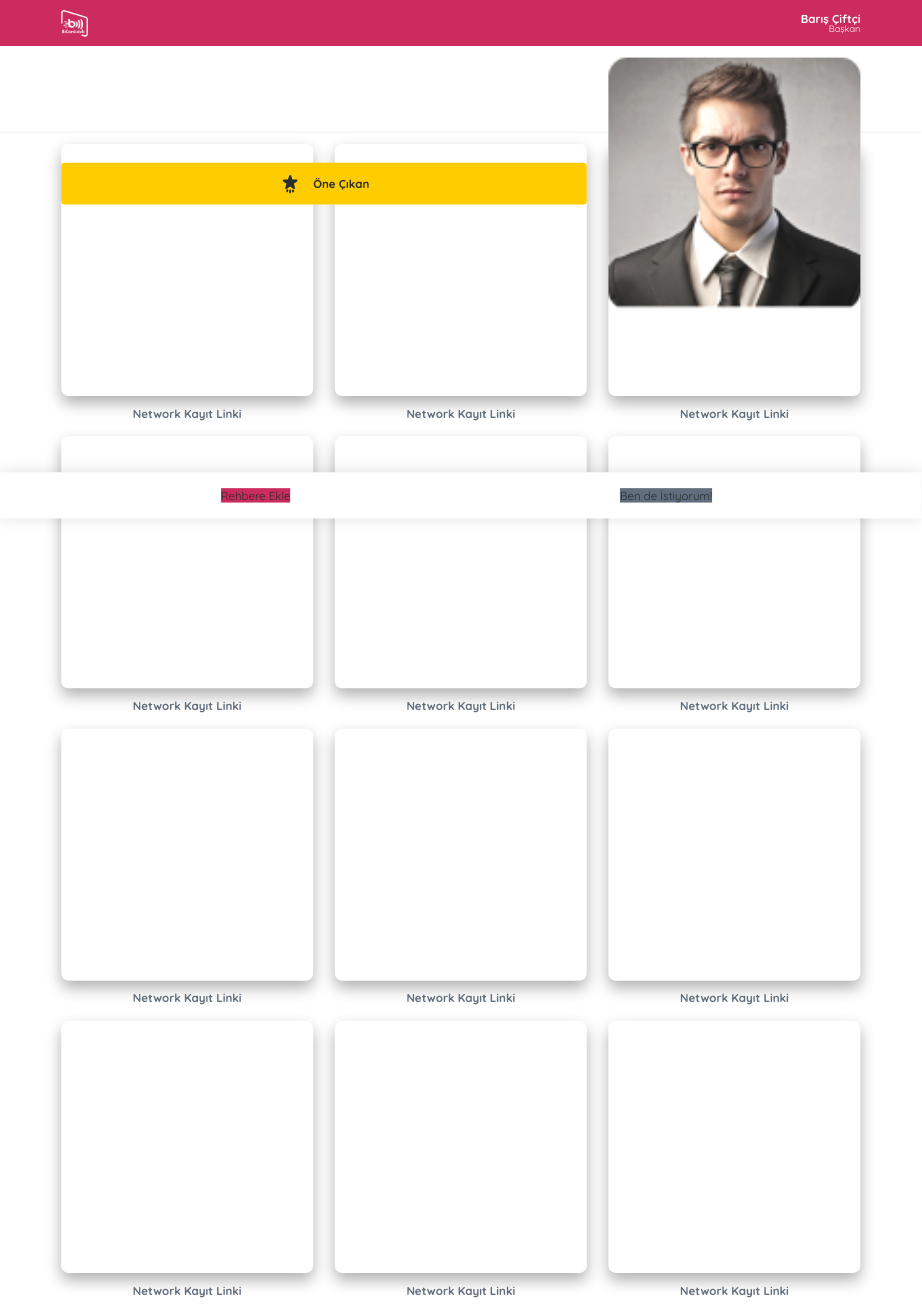
Repository: KayahanKahriman/bicard
Page: index.html
An editor plug-in stored every save of this project. The page is shown before and after the next save, followed by the edit.
The browser window is 1280 px wide. The pictures show the whole page, at 72% of full size.
The style sheet was rebuilt from its Sass, Less or Tailwind sources for each picture, by a compiler version that may differ from the author's.

Above is the page before, as saved 2021-12-01 13:33:59.

### index.html
<!doctype html>
<html>

<head>
    <meta name="viewport" content="width=device-width, initial-scale=1, maximum-scale=1, user-scalable=no">
    <meta charset="utf-8" />
    <title>Title</title>
    <link rel="preconnect" href="https://fonts.googleapis.com">
    <link rel="preconnect" href="https://fonts.gstatic.com" crossorigin>
    <link href="https://fonts.googleapis.com/css2?family=Quicksand:wght@400;500;700&display=swap" rel="stylesheet">
    <link href="./assets/css/style.css" type="text/css" rel="stylesheet" />
</head>

<body>
    <header id="app-bar">
        <div class="container h-100">
            <div class="row h-100 align-items-center justify-content-between">
                <div class="col-1">
                    <img src="./assets/images/logo.png" alt="">
                </div>
                <div class="col-11">
                    <div id="app-bar-right">
                        <p id="person-name">Barış Çiftçi</p>
                        <p id="person-title">Başkan</p>
                    </div>
                </div>
            </div>
        </div>
    </header>

    <section id="profile" class="py-3">
        <div class="container">
            <div class="row align-items-center justify-content-center text-center">
                <div class="col-8">
                    <a href="#" class="button jumbo-button button-has-icon"><img src="./assets/images/ranking.svg" alt="">Öne Çıkan</a>
                </div>
                <div class="col-4">
                    <img class="img-contain" src="./assets/images/avatar.png" alt="">
                </div>
            </div>
        </div>
    </section>

    <section id="icon-grid" class="py-3">
        <div class="container">
            <div class="row">
                <div class="col-4 mb-4">
                    <div class="icon-grid-item">
                        <div class="icon-grid-item-icon">
                            <img src="./assets/images/user-add.png" alt="">
                        </div>
                        <div class="icon-grid-item-title">
                            Network Kayıt Linki
                        </div>
                    </div>
                </div>
                <div class="col-4 mb-4">
                    <div class="icon-grid-item">
                        <div class="icon-grid-item-icon">
                            <img src="./assets/images/user-add.png" alt="">
                        </div>
                        <div class="icon-grid-item-title">
                            Network Kayıt Linki
                        </div>
                    </div>
                </div>
                <div class="col-4 mb-4">
                    <div class="icon-grid-item">
                        <div class="icon-grid-item-icon">
                            <img src="./assets/images/user-add.png" alt="">
                        </div>
                        <div class="icon-grid-item-title">
                            Network Kayıt Linki
                        </div>
                    </div>
                </div>
                <div class="col-4 mb-4">
                    <div class="icon-grid-item">
                        <div class="icon-grid-item-icon">
                            <img src="./assets/images/user-add.png" alt="">
                        </div>
                        <div class="icon-grid-item-title">
                            Network Kayıt Linki
                        </div>
                    </div>
                </div>
                <div class="col-4 mb-4">
                    <div class="icon-grid-item">
                        <div class="icon-grid-item-icon">
                            <img src="./assets/images/user-add.png" alt="">
                        </div>
                        <div class="icon-grid-item-title">
                            Network Kayıt Linki
                        </div>
                    </div>
                </div>
                <div class="col-4 mb-4">
                    <div class="icon-grid-item">
                        <div class="icon-grid-item-icon">
                            <img src="./assets/images/user-add.png" alt="">
                        </div>
                        <div class="icon-grid-item-title">
                            Network Kayıt Linki
                        </div>
                    </div>
                </div>
                <div class="col-4 mb-4">
                    <div class="icon-grid-item">
                        <div class="icon-grid-item-icon">
                            <img src="./assets/images/user-add.png" alt="">
                        </div>
                        <div class="icon-grid-item-title">
                            Network Kayıt Linki
                        </div>
                    </div>
                </div>
                <div class="col-4 mb-4">
                    <div class="icon-grid-item">
                        <div class="icon-grid-item-icon">
                            <img src="./assets/images/user-add.png" alt="">
                        </div>
                        <div class="icon-grid-item-title">
                            Network Kayıt Linki
                        </div>
                    </div>
                </div>
                <div class="col-4 mb-4">
                    <div class="icon-grid-item">
                        <div class="icon-grid-item-icon">
                            <img src="./assets/images/user-add.png" alt="">
                        </div>
                        <div class="icon-grid-item-title">
                            Network Kayıt Linki
                        </div>
                    </div>
                </div>
                <div class="col-4 mb-4">
                    <div class="icon-grid-item">
                        <div class="icon-grid-item-icon">
                            <img src="./assets/images/user-add.png" alt="">
                        </div>
                        <div class="icon-grid-item-title">
                            Network Kayıt Linki
                        </div>
                    </div>
                </div>
                <div class="col-4 mb-4">
                    <div class="icon-grid-item">
                        <div class="icon-grid-item-icon">
                            <img src="./assets/images/user-add.png" alt="">
                        </div>
                        <div class="icon-grid-item-title">
                            Network Kayıt Linki
                        </div>
                    </div>
                </div>
                <div class="col-4 mb-4">
                    <div class="icon-grid-item">
                        <div class="icon-grid-item-icon">
                            <img src="./assets/images/user-add.png" alt="">
                        </div>
                        <div class="icon-grid-item-title">
                            Network Kayıt Linki
                        </div>
                    </div>
                </div>
            </div>
        </div>
    </section>
    <section id="fixed-buttons">
        <div class="container h-100">
            <div class="row align-items-center h-100 text-center">
                <div class="col-6">
                    <a class="primary-button" href="#">Rehbere Ekle</a>
                </div>
                <div class="col-6">
                    <a class="dark-button" href="#">Ben de İstiyorum!</a>
                </div>
            </div>
        </div>
    </section>

    <script src="https://unpkg.com/swiper/swiper-bundle.min.js"></script>
    <script type="text/javascript" src="assets/js/index.js"></script>
</body>

</html>

### assets/scss/style.scss
@import "main";

#app-bar {
  background-color: var(--primary-color);
  height: var(--app-bar-height);
  width: 100%;
  color: white;
  position: fixed;
  top: 0;
  left: 0;
  z-index: 3;

  #person-name,
  #person-title {
    line-height: 1;
    text-align: right;
    margin-bottom: 0;
  }

  #person-name {
    font-weight: 600;
  }

  #person-title {
    font-size: 0.8em;
  }
}

#profile {
  background-color: white;
  position: relative;
  top: var(--app-bar-height);
  position: sticky;
  width: 100%;
  height: var(--profile-height);
  border-bottom: 1px solid var(--border-color);
  z-index: 3;
}

#icon-grid {
  position: relative;
  top: var(--app-bar-height);
  height: calc(
    100vh - var(--app-bar-height) + var(--fixed-buttons-height) +
      var(--app-bar-height)
  );
}

#fixed-buttons {
  bottom: 0;
  left: 0;
  width: 100%;
  position: fixed;
  background-color: white;
  height: var(--fixed-buttons-height);
  z-index: 3;
  box-shadow: 0 0 20px #00000020;
}

/*------------------------------------*\
    RESPONSIVE
\*------------------------------------*/

@media only screen and (min-width: 320px) {
}

@media only screen and (min-width: 480px) {
}

@media only screen and (min-width: 768px) {
}

@media only screen and (min-width: 1024px) {
}

@media only screen and (min-width: 1140px) {
}

@media only screen and (min-width: 1280px) {
}

@media only screen and (-webkit-min-device-pixel-ratio: 1.5),
  only screen and (min-resolution: 144dpi) {
}

### assets/scss/_main.scss
@import "./flex-grid/flexgrid";
@import "vars";
@import "https://unpkg.com/swiper/swiper-bundle.min.css";

*,
*:after,
*:before {
  margin: 0;
  padding: 0;
  -webkit-font-smoothing: antialiased;
  text-rendering: optimizeLegibility;
}

.row-no-padding {
  margin-left: 0;
  margin-right: 0;

  [class*="col-"] {
    padding-left: 0 !important;
    padding-right: 0 !important;
  }
}

a {
  color: var(--link-color);
  text-decoration: none;
}

a:hover,
a:focus,
a:active {
  text-decoration: none;
  outline: none;
}

html,
body {
  height: 100%;
  min-height: 100%;
}

body {
  font-size: 16px;
  color: var(--text-color);
  font-family: var(--primary-font);
  font-weight: 400;
}

.button {
  border-radius: 5px;
  padding: 0.5em 1em;
  transition: all 0.3s ease-in-out;

  &:hover {
    color: var(--text-color);
  }
}

.primary-button {
  background-color: var(--primary-color);

  &:hover {
    background-color: var(--primary-font);
  }
}

.dark-button {
  background: var(--dark-color);
}

.jumbo-button {
  background-color: var(--secondary-color);
  font-weight: 600;
  padding: 0.8em 2em;

  &:hover {
    background-color: var(--darker-secondary-color);
  }
}

.button-has-icon {
  display: flex;
  align-items: center;
  justify-content: center;
  column-gap: 1em;

  img,
  svg {
    width: 2em;
    height: 2em;
    object-position: center;
    object-fit: contain;
  }
}

.img-contain {
  width: 100%;
  height: 100%;
  object-fit: contain;
  object-position: center center;
}

.icon-grid-item {
  display: flex;
  flex-direction: column;
  text-align: center;
  font-weight: 600;
  gap: 1em;

  .icon-grid-item-icon {
    border-radius: 10px;
    box-shadow: 0 10px 20px #00000050;
    width: 100%;
    display: flex;
    justify-content: center;
    align-items: center;
    aspect-ratio: 1 / 1;
  }

  .icon-grid-item-title {
    line-height: 1;
    color: var(--alt-text-color);
  }
}

### assets/scss/flex-grid/_flexgrid.scss
@import "functions";
@import "variables";
@import "mixins";
@import "reboot";
@import "utilities";
@import "grid";

### assets/scss/flex-grid/_mixins.scss
// Toggles
//
// Used in conjunction with global variables to enable certain theme features.

// Vendor
@import "vendor/rfs";


// Utilities
@import "mixins/breakpoints";
@import "mixins/image";
@import "mixins/hover";
@import "mixins/deprecate";
@import "mixins/text-hide";
@import "mixins/text-truncate";
@import "mixins/text-emphasis";
@import "mixins/size";


// // Layout
@import "mixins/clearfix";
@import "mixins/grid-framework";
@import "mixins/grid";
@import "mixins/float";

### assets/scss/flex-grid/mixins/_image.scss
// Image Mixins
// - Responsive image
// - Retina image


// Responsive image
//
// Keep images from scaling beyond the width of their parents.

@mixin img-fluid {
  // Part 1: Set a maximum relative to the parent
  max-width: 100%;
  // Part 2: Override the height to auto, otherwise images will be stretched
  // when setting a width and height attribute on the img element.
  height: auto;
}


// Retina image
//
// Short retina mixin for setting background-image and -size.

@mixin img-retina($file-1x, $file-2x, $width-1x, $height-1x) {
  background-image: url($file-1x);

  // Autoprefixer takes care of adding -webkit-min-device-pixel-ratio and -o-min-device-pixel-ratio,
  // but doesn't convert dppx=>dpi.
  // There's no such thing as unprefixed min-device-pixel-ratio since it's nonstandard.
  // Compatibility info: https://caniuse.com/#feat=css-media-resolution
  @media only screen and (min-resolution: 192dpi), // IE9-11 don't support dppx
    only screen and (min-resolution: 2dppx) { // Standardized
    background-image: url($file-2x);
    background-size: $width-1x $height-1x;
  }
  @include deprecate("`img-retina()`", "v4.3.0", "v5");
}

### assets/scss/flex-grid/mixins/_hover.scss
// Hover mixin and `$enable-hover-media-query` are deprecated.
//
// Originally added during our alphas and maintained during betas, this mixin was
// designed to prevent `:hover` stickiness on iOS-an issue where hover styles
// would persist after initial touch.
//
// For backward compatibility, we've kept these mixins and updated them to
// always return their regular pseudo-classes instead of a shimmed media query.
//
// Issue: https://github.com/twbs/bootstrap/issues/25195

@mixin hover {
  &:hover { @content; }
}

@mixin hover-focus {
  &:hover,
  &:focus {
    @content;
  }
}

@mixin plain-hover-focus {
  &,
  &:hover,
  &:focus {
    @content;
  }
}

@mixin hover-focus-active {
  &:hover,
  &:focus,
  &:active {
    @content;
  }
}

### assets/scss/flex-grid/mixins/_grid-framework.scss
// Framework grid generation
//
// Used only by Bootstrap to generate the correct number of grid classes given
// any value of `$grid-columns`.

@mixin make-grid-columns($columns: $grid-columns, $gutter: $grid-gutter-width, $breakpoints: $grid-breakpoints) {
  // Common properties for all breakpoints
  %grid-column {
    position: relative;
    width: 100%;
    padding-right: $gutter / 2;
    padding-left: $gutter / 2;
  }

  @each $breakpoint in map-keys($breakpoints) {
    $infix: breakpoint-infix($breakpoint, $breakpoints);

    // Allow columns to stretch full width below their breakpoints
    @for $i from 1 through $columns {
      .col#{$infix}-#{$i} {
        @extend %grid-column;
      }
    }
    .col#{$infix},
    .col#{$infix}-auto {
      @extend %grid-column;
    }

    @include media-breakpoint-up($breakpoint, $breakpoints) {
      // Provide basic `.col-{bp}` classes for equal-width flexbox columns
      .col#{$infix} {
        flex-basis: 0;
        flex-grow: 1;
        max-width: 100%;
      }
      .col#{$infix}-auto {
        flex: 0 0 auto;
        width: auto;
        max-width: 100%; // Reset earlier grid tiers
      }

      @for $i from 1 through $columns {
        .col#{$infix}-#{$i} {
          @include make-col($i, $columns);
        }
      }

      .order#{$infix}-first { order: -1; }

      .order#{$infix}-last { order: $columns + 1; }

      @for $i from 0 through $columns {
        .order#{$infix}-#{$i} { order: $i; }
      }

      // `$columns - 1` because offsetting by the width of an entire row isn't possible
      @for $i from 0 through ($columns - 1) {
        @if not ($infix == "" and $i == 0) { // Avoid emitting useless .offset-0
          .offset#{$infix}-#{$i} {
            @include make-col-offset($i, $columns);
          }
        }
      }
    }
  }
}

### assets/scss/flex-grid/mixins/_grid.scss
/// Grid system
//
// Generate semantic grid columns with these mixins.

@mixin make-container($gutter: $grid-gutter-width) {
  width: 100%;
  padding-right: $gutter / 2;
  padding-left: $gutter / 2;
  margin-right: auto;
  margin-left: auto;
}


// For each breakpoint, define the maximum width of the container in a media query
@mixin make-container-max-widths($max-widths: $container-max-widths, $breakpoints: $grid-breakpoints) {
  @each $breakpoint, $container-max-width in $max-widths {
    @include media-breakpoint-up($breakpoint, $breakpoints) {
      max-width: $container-max-width;
    }
  }
}

@mixin make-row($gutter: $grid-gutter-width) {
  display: flex;
  flex-wrap: wrap;
  margin-right: -$gutter / 2;
  margin-left: -$gutter / 2;
}

@mixin make-col-ready($gutter: $grid-gutter-width) {
  position: relative;
  // Prevent columns from becoming too narrow when at smaller grid tiers by
  // always setting `width: 100%;`. This works because we use `flex` values
  // later on to override this initial width.
  width: 100%;
  padding-right: $gutter / 2;
  padding-left: $gutter / 2;
}

@mixin make-col($size, $columns: $grid-columns) {
  flex: 0 0 percentage($size / $columns);
  // Add a `max-width` to ensure content within each column does not blow out
  // the width of the column. Applies to IE10+ and Firefox. Chrome and Safari
  // do not appear to require this.
  max-width: percentage($size / $columns);
}

@mixin make-col-offset($size, $columns: $grid-columns) {
  $num: $size / $columns;
  margin-left: if($num == 0, 0, percentage($num));
}

### assets/scss/flex-grid/_utilities.scss
@import "utilities/align";
@import "utilities/clearfix";
@import "utilities/display";
@import "utilities/flex";
@import "utilities/float";
@import "utilities/position";
@import "utilities/text";
@import "utilities/spacing";
@import "utilities/sizing";

### assets/scss/flex-grid/utilities/_text.scss
// stylelint-disable declaration-no-important

//
// Text
//

.text-monospace { font-family: $font-family-monospace !important; }

// Alignment

.text-justify  { text-align: justify !important; }
.text-wrap     { white-space: normal !important; }
.text-nowrap   { white-space: nowrap !important; }
.text-truncate { @include text-truncate; }

// Responsive alignment

@each $breakpoint in map-keys($grid-breakpoints) {
  @include media-breakpoint-up($breakpoint) {
    $infix: breakpoint-infix($breakpoint, $grid-breakpoints);

    .text#{$infix}-left   { text-align: left !important; }
    .text#{$infix}-right  { text-align: right !important; }
    .text#{$infix}-center { text-align: center !important; }
  }
}

// Transformation

.text-lowercase  { text-transform: lowercase !important; }
.text-uppercase  { text-transform: uppercase !important; }
.text-capitalize { text-transform: capitalize !important; }

// Weight and italics

.font-weight-light   { font-weight: $font-weight-light !important; }
.font-weight-lighter { font-weight: $font-weight-lighter !important; }
.font-weight-normal  { font-weight: $font-weight-normal !important; }
.font-weight-bold    { font-weight: $font-weight-bold !important; }
.font-weight-bolder  { font-weight: $font-weight-bolder !important; }
.font-italic         { font-style: italic !important; }

// Contextual colors

.text-white { color: $white !important; }

@each $color, $value in $theme-colors {
  @include text-emphasis-variant(".text-#{$color}", $value);
}

.text-body { color: $body-color !important; }
.text-muted { color: $text-muted !important; }

.text-black-50 { color: rgba($black, .5) !important; }
.text-white-50 { color: rgba($white, .5) !important; }

// Misc

.text-hide {
  @include text-hide($ignore-warning: true);
}

.text-decoration-none { text-decoration: none !important; }

.text-break {
  word-break: break-word !important; // IE & < Edge 18
  overflow-wrap: break-word !important;
}

// Reset

.text-reset { color: inherit !important; }

### assets/scss/flex-grid/_grid.scss
// Container widths
//
// Set the container width, and override it for fixed navbars in media queries.

@if $enable-grid-classes {
  .container {
    @include make-container();
    @include make-container-max-widths();
  }
}

// Fluid container
//
// Utilizes the mixin meant for fixed width containers, but with 100% width for
// fluid, full width layouts.

@if $enable-grid-classes {
  .container-fluid {
    @include make-container();
  }
}

// Row
//
// Rows contain and clear the floats of your columns.

@if $enable-grid-classes {
  .row {
    @include make-row();
  }

  // Remove the negative margin from default .row, then the horizontal padding
  // from all immediate children columns (to prevent runaway style inheritance).
  .no-gutters {
    margin-right: 0;
    margin-left: 0;

    > .col,
    > [class*="col-"] {
      padding-right: 0;
      padding-left: 0;
    }
  }
}

// Columns
//
// Common styles for small and large grid columns

@if $enable-grid-classes {
  @include make-grid-columns();
}

### assets/scss/_vars.scss
:root {
  // Fonts
  --quicksand: "Quicksand", sans-serif;
  --primary-font: var(--quicksand);

  // Colors
  --primary-color: #cc2b5e;
  --darker-primary-color: #b12451;
  --secondary-color: #ffcc00;
  --darker-secondary-color: #d4aa00;
  --text-color: #292d32;
  --link-color: #292d32;
  --alt-text-color: #616e7d;
  --border-color: #eaeaea;
  --dark-color: #616e7d;

  // Sizes
  --app-bar-height: 4em;
  --profile-height: 7.5em;
  --fixed-buttons-height: 4em;
}

Loaded but not shown: assets/scss/flex-grid/vendor/_rfs.scss (common file); assets/scss/flex-grid/mixins/_deprecate.scss (common file); assets/scss/flex-grid/mixins/_text-hide.scss (common file); assets/scss/flex-grid/mixins/_text-truncate.scss (common file); assets/scss/flex-grid/mixins/_text-emphasis.scss (common file); assets/scss/flex-grid/mixins/_size.scss (common file); assets/scss/flex-grid/mixins/_clearfix.scss (common file); assets/scss/flex-grid/mixins/_float.scss (common file); assets/scss/flex-grid/utilities/_align.scss (common file); assets/scss/flex-grid/utilities/_clearfix.scss (common file); assets/scss/flex-grid/utilities/_display.scss (common file); assets/scss/flex-grid/utilities/_float.scss (common file); assets/scss/flex-grid/utilities/_position.scss (common file); assets/scss/flex-grid/utilities/_sizing.scss (common file); assets/js/index.js (6 lines, source omitted); assets/scss/flex-grid/_variables.scss (1123 lines, source omitted); assets/scss/flex-grid/_reboot.scss (483 lines, source omitted); assets/scss/flex-grid/mixins/_breakpoints.scss (123 lines, source omitted); assets/scss/flex-grid/utilities/_flex.scss (51 lines, source omitted); assets/scss/flex-grid/_functions.scss (86 lines, source omitted); assets/scss/flex-grid/utilities/_spacing.scss (73 lines, source omitted)

After the next save:
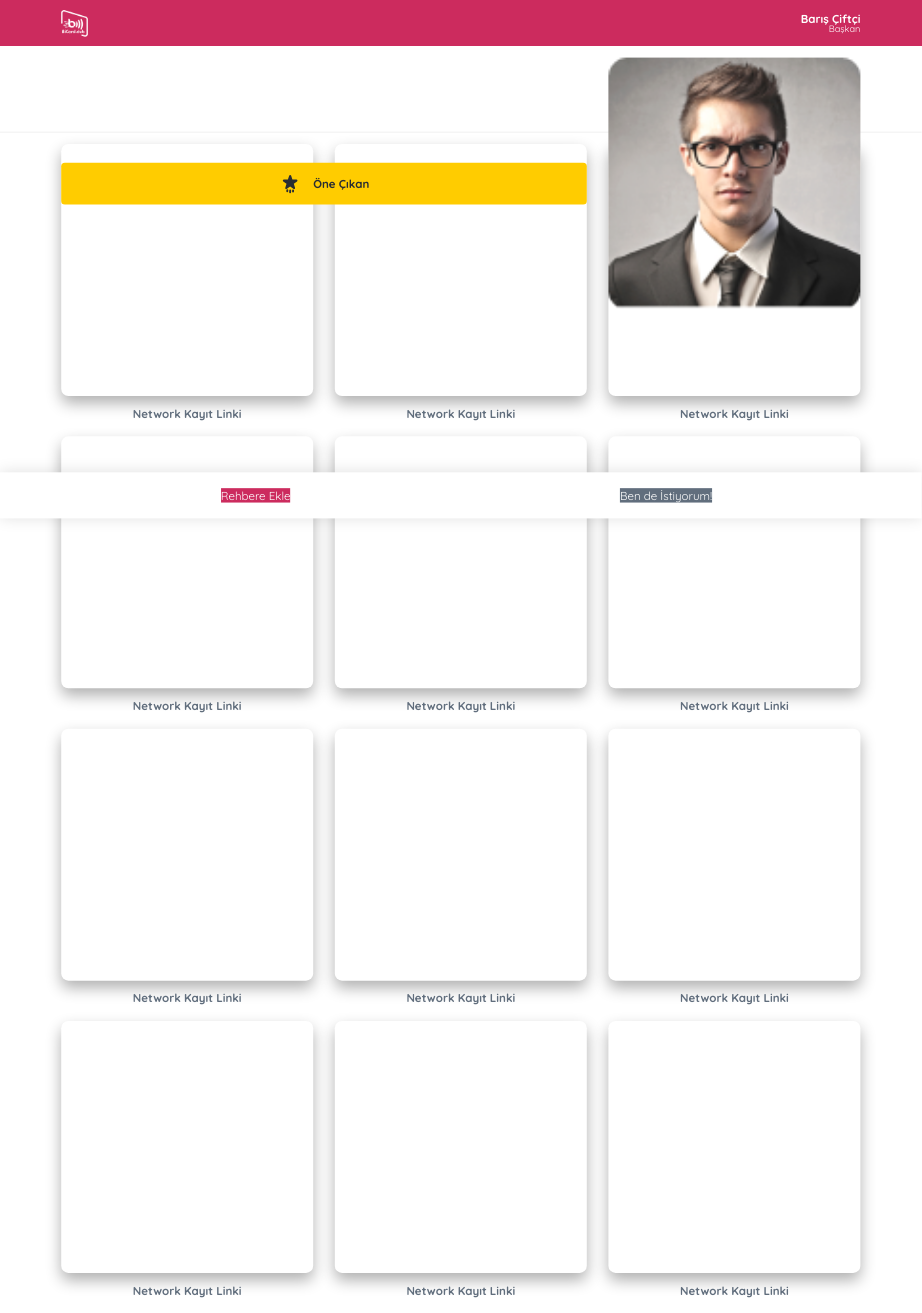
Saved 30 s later.
--- a/assets/scss/_main.scss
+++ b/assets/scss/_main.scss
@@ -58,6 +58,8 @@
 
 .primary-button {
   background-color: var(--primary-color);
+  color: white;
+  transition: all 0.3s ease-in-out;
 
   &:hover {
     background-color: var(--primary-font);
@@ -66,6 +68,12 @@
 
 .dark-button {
   background: var(--dark-color);
+  color: white;
+  transition: all 0.3s ease-in-out;
+
+  &:hover {
+    background-color: var(--primary-font);
+  }
 }
 
 .jumbo-button {
